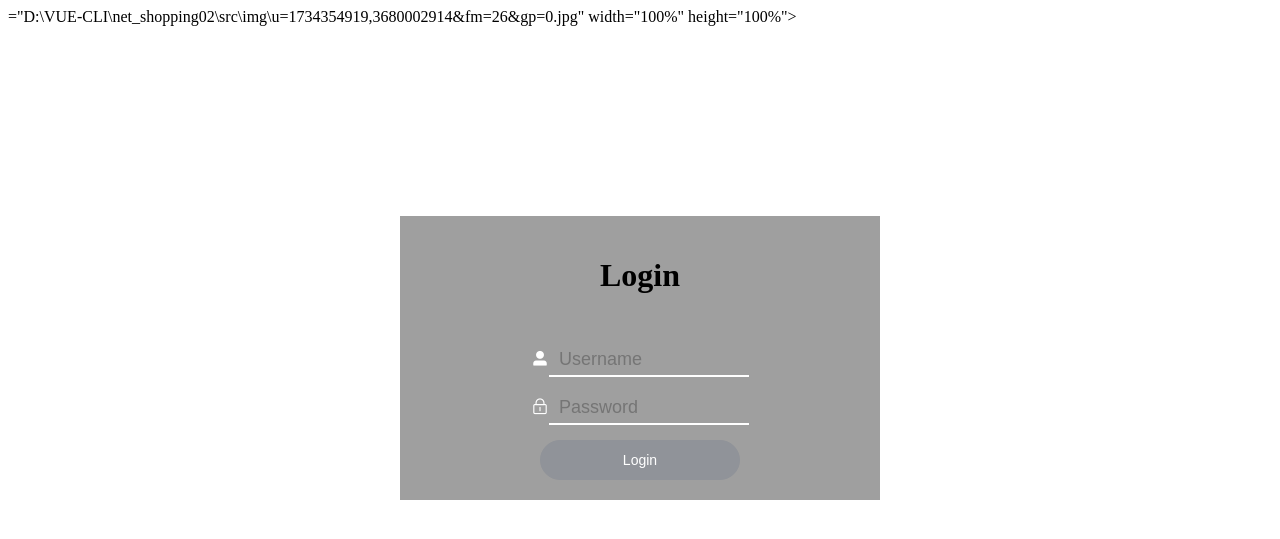
Repository: 951713487/net_shopping
Page: /
These files come from the project's save history. The page is drawn as it stood at one moment and after the next save; the edit follows.
The browser window is 1280 px wide. The pictures show the whole page.
The project was rebuilt for these pictures with package versions that can differ from the ones it lists, and the page was loaded fresh each time.

Above is the page before, as saved 2020-03-17 17:14:52.

### src/App.vue
<template>
  <div id="app">
  <router-view></router-view>
  </div>
</template>

<script>


export default {
  name: 'app'

}
</script>

<style>

</style>

### src/router/index.js
import Vue from 'vue'
import VueRouter from 'vue-router'
import Login from '../components/Login.vue'


Vue.use(VueRouter)



const router = new VueRouter({
  routes:[
    { path: '/' , redirect: '/login' },
    { path: '/login' , component: Login }
  ]
})

export default router

### src/plugins/element.js
import Vue from 'vue'
import { Button, Input } from 'element-ui'

Vue.use(Button)
Vue.use(Input)

### src/components/Login.vue
<template>
<div>
    <div class="background">
        <img="D:\VUE-CLI\net_shopping02\src\img\u=1734354919,3680002914&fm=26&gp=0.jpg" width="100%" height="100%">
    </div>
    <div id="login_box">
      <h1>Login</h1>
      <div class="form">
        <div class="item">
          <i class="el-icon-user-solid"></i>
          <input placeholder="Username" prefix-icon="el-icon-search" type="text" />
        </div>
        <div class="item">
          <i class="el-icon-lock"></i>
          <input placeholder="Password" prefix-icon="el-icon-search" type="password" />
        </div>
      </div>
      <el-button type="info" round>Login</el-button>
    </div>
    </div>
</template>

<script>
export default {};
</script>

<style lang="less" scoped>
#login_box {
  width: 30%;
  height: auto;
  border: 1px #000;
  margin: 0 auto;
  margin-top: 15%;
  text-align: center;
  background-color: #00000060;
  padding: 20px 50px;
}

#login_box .form {
  margin-top: 50px;
}
#login_box .form .item {
  margin-top: 15px;
}
#login_box .form .item i {
  font-size: 18px;
  color: #fff;
}
#login_box .form .item input {
  width: 180px;
  font-size: 18px;
  border: 0;
  border-bottom: 2px solid #fff;
  padding: 5px 10px;
  background: #ffffff00;
  color: #fff;
}
#login_box button {
  margin-top: 15px;
  width: 200px;
  height: 30px center;
}

</style>

Loaded but not shown: public/index.html (common file); src/main.js (common file)

After the next save:
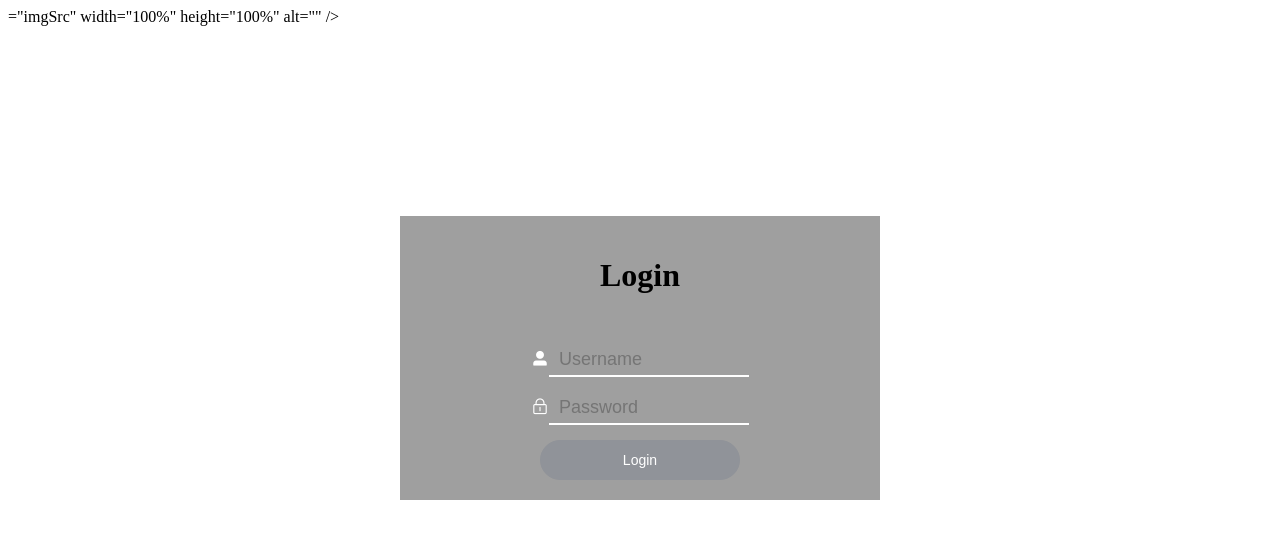
Saved 6 min 35 s later.
--- a/src/components/Login.vue
+++ b/src/components/Login.vue
@@ -1,8 +1,6 @@
 <template>
-<div>
-    <div class="background">
-        <img="D:\VUE-CLI\net_shopping02\src\img\u=1734354919,3680002914&fm=26&gp=0.jpg" width="100%" height="100%">
-    </div>
+  <div>
+    <div class="background"><img:src="imgSrc" width="100%" height="100%" alt="" /></div>
     <div id="login_box">
       <h1>Login</h1>
       <div class="form">
@@ -17,11 +15,17 @@
       </div>
       <el-button type="info" round>Login</el-button>
     </div>
-    </div>
+  </div>
 </template>
 
 <script>
-export default {};
+export default {
+  data() {
+    return {
+      imgSrc: require('../img/background.jpg')
+    };
+  }
+};
 </script>
 
 <style lang="less" scoped>
@@ -60,5 +64,4 @@ export default {};
   width: 200px;
   height: 30px center;
 }
-
 </style>
